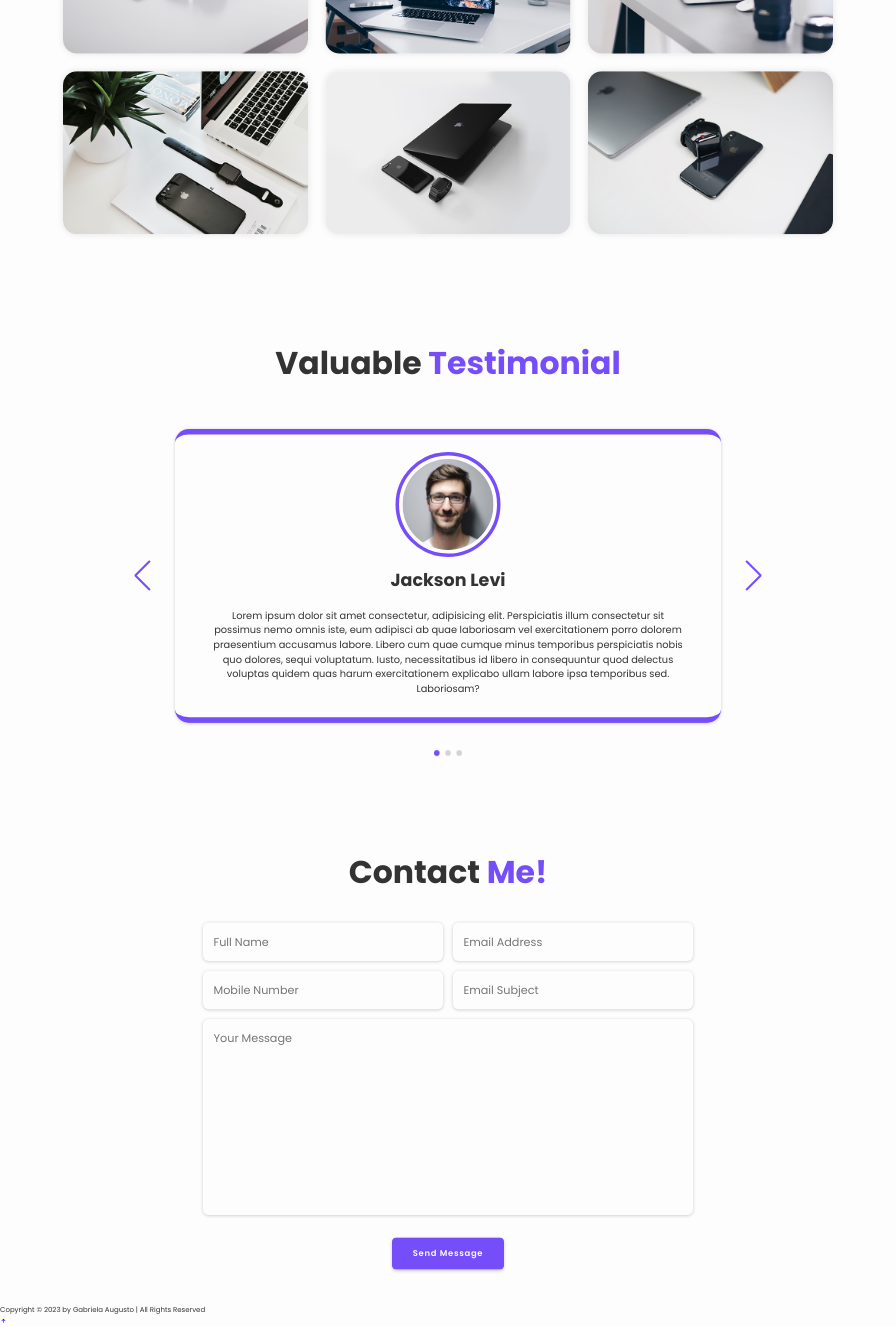
Repository: Gabi-Augusto/Portfolio
Page: index.html
The author's editor kept a copy of each file at every save. The page is drawn from the files as they stood at one save, then again after the next save.
The browser window is 1280 px wide. The pictures show the part of the page from y = 2474 to 4394 px (the page is 4370 px tall before and 4394 px after), at 70% of full size.

Above is the page before, as saved 2023-11-29 21:07:07.

### index.html
<!DOCTYPE html>
<html lang="en">

<head>
    <meta charset="UTF-8">
    <meta http-equiv="X-UA-Compatible" content="IE=edge">
    <meta name="viewport" content="width=device-width, initial-scale=1.0">
    <title>Portfolio Website Design | Gabriela Augusto</title>

    <!-- swiper css -->
    <link rel="stylesheet" href="https://cdn.jsdelivr.net/npm/swiper@9/swiper-bundle.min.css" />

    <!-- box icons -->
    <link href='https://unpkg.com/boxicons@2.1.4/css/boxicons.min.css' rel='stylesheet'>

    <!-- custom css -->
    <link rel="stylesheet" href="css/style.css">
</head>

<body>

    <!-- header design -->
    <header class="header">
        <a href="#" class="logo">Portfolio.</a>

        <nav class="navbar">
            <a href="#home" class="active">Home</a>
            <a href="#about">About</a>
            <a href="#services">Services</a>
            <a href="#portfolio">Portfolio</a>
            <a href="#contact">Contact</a>
        </nav>

        <div class="bx bx-moon" id="darkMode-icon"></div>
    </header>

    <!-- home section design -->
    <section class="home" id="home">
        <div class="home-content">
            <h3>Hello, I am</h3>
            <h1>Gabriela Augusto</h1>
            <p>Lorem ipsum, dolor sit amet consectetur adipisicing elit. Veritatis sequi amet numquam sunt eius quae deleniti dolore voluptatum.</p>

            <div class="social-media">
                <a href="#"><i class='bx bxl-instagram-alt'></i></a>
                <a href="#"><i class='bx bxl-linkedin' ></i></a>
                <a href="#"><i class='bx bxl-github' ></i></a>
            </div>

            <a href="#" class="btn">Download CV</a>
        </div>

        <div class="profession-container">
            <div class="profession-box">
                <div class="profession" style="--i:0;">
                    <i class='bx bx-cloud'></i>
                    <h3>Salesforce Developer</h3>
                </div>
                <div class="profession" style="--i:1;">
                    <i class='bx bx-bulb'></i>
                    <h3>Business Analyst</h3>
                </div>
                <div class="profession" style="--i:2;">
                    <i class='bx bx-palette'></i>
                    <h3>Web Designer</h3>
                </div>
                <div class="profession" style="--i:3;">
                    <i class='bx bx-code-alt' ></i>
                    <h3>FullStack Developer</h3>
                </div>
                <div class="circle"></div>
            </div>
            <div class="overlay"></div>
        </div>
        <div class="home-img">
            <img src="imagens/home.png" alt="">
        </div>
    </section>

    <!-- about section design -->

    <section class="about" id="about">
        <div class="about-img">
            <img src="imagens/about.png" alt="">
        </div>

        <div class="about-content">
            <h2 class="heading">About <span>Me</span></h2>
            <h3>Hi, I'm Here To Help Your Next Project!</h3>
            <p>Lorem ipsum dolor sit, amet consectetur adipisicing elit. Consequatur laudantium reiciendis voluptates maxime optio cumque accusantium sunt temporibus cupiditate! Sed mollitia id doloribus nesciunt odit harum, praesentium aliquid. Soluta, harum est eveniet quos provident veritatis eaque ullam voluptate laudantium deleniti?</p>
            <a href="#" class="btn">Read More</a>
        </div>
    </section>

    <!-- services section design -->

    <section class="services" id="services">
        <h2 class="heading">My <span>Services</span></h2>

        <div class="services-container">
            <div class="services-box">
                <i class='bx bx-code-alt' ></i>
                <h3>Salesforce Development</h3>
                <p>Lorem ipsum dolor sit amet consectetur adipisicing elit. Corrupti quidem blanditiis error dignissimos. Quos eligendi totam quod nesciunt modi harum incidunt accusamus.</p>
                <a href="#" class="btn">Read More</a>
            </div>
            <div class="services-box">
                <i class='bx bxs-paint'></i>
                <h3>Graphic Design</h3>
                <p>Lorem ipsum dolor sit amet consectetur adipisicing elit. Corrupti quidem blanditiis error dignissimos. Quos eligendi totam quod nesciunt modi harum incidunt accusamus.</p>
                <a href="#" class="btn">Read More</a>
            </div>
            <div class="services-box">
                <i class='bx bx-bar-chart-alt'></i>
                <h3>Digital Marketing</h3>
                <p>Lorem ipsum dolor sit amet consectetur adipisicing elit. Corrupti quidem blanditiis error dignissimos. Quos eligendi totam quod nesciunt modi harum incidunt accusamus.</p>
                <a href="#" class="btn">Read More</a>
            </div>
        </div>
    </section>

    <!-- portfolio section design -->

    <section class="portfolio" id="portfolio">
        <h2 class="heading">Latest <span>Project</span></h2>

        <div class="portfolio-container">
            <div class="portfolio-box">
                <img src="imagens/portfolio1.jpg" alt="">

                <div class="portfolio-layer">
                    <h4>Web Desing</h4>
                    <p>Lorem ipsum dolor sit amet consectetur adipisicing elit. Asperiores, ut possimus!</p>
                    <a href="#"><i class='bx bx-link-external' ></i></a>
                </div>
            </div>

            <div class="portfolio-box">
                <img src="imagens/portfolio2.jpg" alt="">

                <div class="portfolio-layer">
                    <h4>Web Desing</h4>
                    <p>Lorem ipsum dolor sit amet consectetur adipisicing elit. Asperiores, ut possimus!</p>
                    <a href="#"><i class='bx bx-link-external' ></i></a>
                </div>
            </div>

            <div class="portfolio-box">
                <img src="imagens/portfolio3.jpg" alt="">

                <div class="portfolio-layer">
                    <h4>Web Desing</h4>
                    <p>Lorem ipsum dolor sit amet consectetur adipisicing elit. Asperiores, ut possimus!</p>
                    <a href="#"><i class='bx bx-link-external' ></i></a>
                </div>
            </div>

            <div class="portfolio-box">
                <img src="imagens/portfolio4.jpg" alt="">

                <div class="portfolio-layer">
                    <h4>Web Desing</h4>
                    <p>Lorem ipsum dolor sit amet consectetur adipisicing elit. Asperiores, ut possimus!</p>
                    <a href="#"><i class='bx bx-link-external' ></i></a>
                </div>
            </div>

            <div class="portfolio-box">
                <img src="imagens/portfolio5.jpg" alt="">

                <div class="portfolio-layer">
                    <h4>Web Desing</h4>
                    <p>Lorem ipsum dolor sit amet consectetur adipisicing elit. Asperiores, ut possimus!</p>
                    <a href="#"><i class='bx bx-link-external' ></i></a>
                </div>
            </div>

            <div class="portfolio-box">
                <img src="imagens/portfolio6.jpg" alt="">

                <div class="portfolio-layer">
                    <h4>Web Desing</h4>
                    <p>Lorem ipsum dolor sit amet consectetur adipisicing elit. Asperiores, ut possimus!</p>
                    <a href="#"><i class='bx bx-link-external' ></i></a>
                </div>
            </div>

        </div>
    </section>

    <!-- testimonial design -->

    <div class="testimonial-container">
        <h2 class="heading">Valuable <span>Testimonial</span></h2>

        <div class="testimonial-wrapper">
            <div class="testimonial-box mySwiper">
                <div class="testimonial-content swiper-wrapper">
                    <div class="testimonial-slide swiper-slide">
                        <img src="imagens/testimonial1.jpg" alt="">
                        <h3>Jackson Levi</h3>
                        <p>Lorem ipsum dolor sit amet consectetur, adipisicing elit. Perspiciatis illum consectetur sit possimus nemo omnis iste, eum adipisci ab quae laboriosam vel exercitationem porro dolorem praesentium accusamus labore. Libero cum quae cumque minus temporibus perspiciatis nobis quo dolores, sequi voluptatum. Iusto, necessitatibus id libero in consequuntur quod delectus voluptas quidem quas harum exercitationem explicabo ullam labore ipsa temporibus sed. Laboriosam?</p>
                    </div>

                    <div class="testimonial-slide swiper-slide">
                        <img src="imagens/testimonial2.jpg" alt="">
                        <h3>Flora Ocean</h3>
                        <p>Lorem ipsum dolor sit amet consectetur, adipisicing elit. Perspiciatis illum consectetur sit possimus nemo omnis iste, eum adipisci ab quae laboriosam vel exercitationem porro dolorem praesentium accusamus labore. Libero cum quae cumque minus temporibus perspiciatis nobis quo dolores, sequi voluptatum. Iusto, necessitatibus id libero in consequuntur quod delectus voluptas quidem quas harum exercitationem explicabo ullam labore ipsa temporibus sed. Laboriosam?</p>
                    </div>

                    <div class="testimonial-slide swiper-slide">
                        <img src="imagens/testimonial3.jpg" alt="">
                        <h3>Julian Grayson</h3>
                        <p>Lorem ipsum dolor sit amet consectetur, adipisicing elit. Perspiciatis illum consectetur sit possimus nemo omnis iste, eum adipisci ab quae laboriosam vel exercitationem porro dolorem praesentium accusamus labore. Libero cum quae cumque minus temporibus perspiciatis nobis quo dolores, sequi voluptatum. Iusto, necessitatibus id libero in consequuntur quod delectus voluptas quidem quas harum exercitationem explicabo ullam labore ipsa temporibus sed. Laboriosam?</p>
                    </div>
                </div>

                <div class="swiper-button-next"></div>
                <div class="swiper-button-prev"></div>
                <div class="swiper-pagination"></div>

            </div>
        </div>
    </div>

    <!-- contact section design -->

    <section class="contact" id="contact">
        <h2 class="heading">Contact <span>Me!</span></h2>

        <form action="#">

            <div class="input-box">
                <input type="text" placeholder="Full Name">
                <input type="email" placeholder="Email Address">
            </div>

            <div class="input-box">
                <input type="number" placeholder="Mobile Number">
                <input type="text" placeholder="Email Subject">
            </div>
            <textarea name="" id="" cols="30" rows="10" placeholder="Your Message"></textarea>
            <input type="submit" value="Send Message" class="btn">
        </form>
    </section>

    <!-- footer design -->

    <footer class="footer">
        <div class="footer-text">
            <p>Copyright &copy; 2023 by Gabriela Augusto | All Rights Reserved</p>
        </div>

        <div class="footer-iconTop">
            <a href="#home"><i class='bx bx-up-arrow-alt' ></i></a>
        </div>
    </footer>


    <!-- scroll reveal -->
    <script src="https://unpkg.com/scrollreveal"></script>

    <!-- swiper js -->
    <script src="https://cdn.jsdelivr.net/npm/swiper@9/swiper-bundle.min.js"></script>

    <!-- custom js -->
    <script src="js/script.js"></script>
</body>

</html>

### css/style.css
@import url('https://fonts.googleapis.com/css2?family=Poppins:wght@300;400;500;600;700;800;900&display=swap');

* {
    margin: 0;
    padding: 0;
    box-sizing: border-box;
    text-decoration: none;
    border: none;
    outline: none;
    scroll-behavior: smooth;
    font-family: 'Poppins', sans-serif;
}

:root {
    --bg-color: #fdfdfd;
    --text-color: #333;
    --main-color: #754ef9;
    --white-color: #fdfdfd;
    --shadow-color: rgba(0, 0, 0, .2);
}

html {
    font-size: 62.5%;
    overflow-x: hidden;
}

body {
    background: var(--bg-color);
    color: var(--text-color);
}

.header {
    position: fixed;
    top: 0;
    left: 0;
    width: 100%;
    padding: 2rem 7%;
    background: transparent;
    display: flex;
    align-items: center;
    z-index: 100;
    transition: .5s;
}

.header.sticky {
    background: var(--bg-color);
    box-shadow: 0 .1rem 1rem var(--shadow-color);
}

.logo {
    font-size: 2.5rem;
    color: var(--main-color);
    font-weight: 600;
    cursor: default;
    margin-right: auto;
}

.navbar a {
    position: relative;
    font-size: 1.7rem;
    color: var(--white-color);
    font-weight: 500;
    margin-right: 3.5rem;
}

.header.sticky .navbar a {
    color: var(--text-color);
}

.header.sticky .navbar a.active {
    color: var(--main-color);
}

.navbar a.active::before{
    content: '';
    position: absolute;
    left: 0;
    bottom: -6px;
    width: 100%;
    height: .2rem;
    background: var(--white-color);
}

.header.sticky .navbar a::before {
    background: var(--main-color);
    opacity: .7;
}

#darkMode-icon {
    font-size: 2.4rem;
    color: var(--white-color);
    cursor: pointer;
}

.header.sticky #darkMode-icon{
    color: var(--text-color);
    opacity: .9;
}

section {
    min-height: 100vh;
    padding: 7rem 7% 2rem;
}

.home {
    display: flex;
    align-items: center;
}

.home .home-content {
    max-width: 44rem;
}

.home-content h3 {
    font-size: 3.2rem;
    font-weight: 700;
    line-height: .3;
}

.home-content h1 {
    font-size: 4.8rem;
    font-weight: 700;
    margin-bottom: .3rem;
}

.home-content p {
    font-size: 1.6rem;
}

.home-content .social-media a {
    display: inline-flex;
    justify-content: center;
    align-items: center;
    width: 4rem;
    height: 4rem;
    background: transparent;
    border: .2rem solid var(--main-color);
    border-radius: 50%;
    box-shadow: 0 .2rem .5rem  var(--shadow-color);
    font-size: 2rem;
    color: var(--main-color);
    margin: 2.5rem 1.5rem 3rem 0;
    transition: .5s ease;
}

.home-content .social-media a:hover {
    background: var(--main-color);
    color: var(--white-color);
}

.btn {
    display: inline-block;
    padding: 1.2rem 2.8rem;
    background: var(--main-color);
    border-radius: .6rem;
    box-shadow: 0 .2rem .5rem var(--shadow-color);
    font-size: 1.2rem;
    color: var(--white-color);
    letter-spacing: .1rem;
    font-weight: 600;
    border: .2rem solid transparent;
    transition: .5s ease;
}

.btn:hover {
    background: transparent;
    color: var(--main-color);
    border-color: var(--main-color);
}

.home .profession-container {
    position: absolute;
    top: 48%;
    right: 30px;
    transform: translateY(-50%);
    width: 680px;
    height: 680px;
    overflow: hidden;
    pointer-events: none;
}

.home .profession-container .profession-box {
    position: absolute;
    top: 0;
    right: 0;
    width: 680px;
    height: 680px;
    border-radius: 50%;
    display: flex;
    justify-content: center;
    align-items: center;
}

.home .profession-box .profession {
    position: absolute;
    left: 0;
    display: flex;
    align-items: center;
    flex-direction: column;
    color: var(--main-color);
    transform: rotate(calc(360deg / 4 * var(--i)));
    transform-origin: 340px;
    background: var(--bg-color);
    padding: 13px 0;
}

.home .profession-box .profession:nth-child(1) i {
    margin-right: 15px;
}

.home .profession-box .profession:nth-child(2),
.home .profession-box .profession:nth-child(4) {
    padding-bottom: 20px;
}

.home .profession i {
    font-size: 3.8rem;
}

.home .profession h3 {
    font-size: 2.4rem;
    line-height: 1;
    font-weight: 600;
}

.home .profession-box .circle {
    width: 520px;
    height: 520px;
    border: 3px solid var(--main-color);
    border-radius: 50%;
}

.home .profession-container .overlay {
    position: absolute;
    top: 0;
    right: 0;
    width: 0;
    height: 0;
    border-top: 340px solid var(--main-color);
    border-right: 340px solid var(--main-color);
    border-bottom: 340px solid var(--main-color);
    border-left: 340px solid transparent;
}

.home-img img {
    position: absolute;
    bottom: 0;
    top: 83px;
    right: 70px;
    width: 29%;
    pointer-events: none;
}

span {
    color: var(--main-color);
}

.about {
    display: flex;
    justify-content: center;
    align-items: center;
    gap: 6rem;
}

.about-img img {
    width: 40vw;
}

.heading {
    font-size: 4.5rem;
    text-align: center;
}

.about-content h2 {
    text-align: left;
    line-height: 1.2;
}

.about-content h3 {
    font-size: 2rem;
}

.about-content p {
    font-size: 1.6rem;
    margin: 2rem 0 3rem;
}

.services {
    min-height: auto;
    padding-bottom: 7rem;
}

.services h2 {
    margin-bottom: 5rem;
}

.services .services-container {
    display: flex;
    justify-content: center;
    align-items: center;
    flex-wrap: wrap;
    gap: 2rem;
}

.services-container .services-box {
    flex: 1 1 30rem;
    background: var(--bg-color);
    padding: 3rem 2rem 4rem;
    border-radius: 2rem;
    box-shadow: 0 .1rem .5rem var(--shadow-color);
    text-align: center;
    border-top: .6rem solid var(--main-color);
    border-bottom: .6rem solid var(--main-color);
    transition: .5s ease;
}

.services-container .services-box:hover {
    box-shadow: 0 .1rem 2rem var(--shadow-color);
    transform: scale(1.02);
}

.services-box i {
    font-size: 7rem;
    color: var(--main-color);
}

.services-box h3 {
    font-size: 2.6rem;
    transition: .5s ease;
}

.services-box:hover h3 {
    color: var(--main-color);
}

.services-box p {
    font-size: 1.6rem;
    margin: 1rem 0 3rem;
}

.portfolio {
    padding-bottom: 10rem;
}

.portfolio h2 {
    margin-bottom: 4rem;
}

.portfolio .portfolio-container {
    display: grid;
    grid-template-columns: repeat(3, 1fr);
    align-items: center;
    gap: 2.5rem;
}

.portfolio-container .portfolio-box{
    position: relative;
    display: flex;
    border-radius: 2rem;
    box-shadow: 0 0 1rem rgba(0, 0, 0, .1);
    overflow: hidden;
}

.portfolio-box img {
    width: 100%;
    transition: .5s ease;
}

.portfolio-box:hover img {
    transform: scale(1.1);
}

.portfolio-box .portfolio-layer {
    position: absolute;
    bottom: 0;
    left: 0;
    width: 100%;
    height: 100%;
    background: linear-gradient(rgba(0, 0, 0, .1), var(--main-color));
    color: var(--white-color);
    display: flex;
    justify-content: center;
    align-items: center;
    flex-direction: column;
    text-align: center;
    padding: 0 4rem;
    opacity: 0;
    transition: .5s ease;
}

.portfolio-box:hover .portfolio-layer {
    opacity: 1;
}

.portfolio-layer h4 {
    font-size: 3rem;
}

.portfolio-layer p {
    font-size: 1.6rem;
    margin: .3rem 0 1rem;
}

.portfolio-layer a {
    display: inline-flex;
    justify-content: center;
    align-items: center;
    width: 5rem;
    height: 5rem;
    background: var(--white-color);
    border-radius: 50%;
}

.portfolio-layer a i {
    font-size: 2rem;
    color: #333;
}

.testimonial-container {
    display: flex;
    align-items: center;
    flex-direction: column;
    width: 100%;
    padding: 5rem 1rem;
}

.testimonial-container .testimonial-wrapper {
    position: relative;
    max-width: 90rem;
    width: 100%;
    padding: 5rem;
}

.testimonial-wrapper .testimonial-box {
    padding: 1rem;
    border-radius: 2rem;
    overflow: hidden;
}

.testimonial-content .testimonial-slide {
    display: flex;
    align-items: center;
    flex-direction: column;
    background: var(--bg-color);
    border-radius: 2rem;
    box-shadow: 0 .1rem .5rem var(--shadow-color);
    padding: 3rem 5rem;
    border-top: .8rem solid var(--main-color);
    border-bottom: .8rem solid var(--main-color);
}

.testimonial-slide img {
    width: 14rem;
    height: 14rem;
    object-fit: cover;
    border-radius: 50%;
    border: .5rem solid var(--bg-color);
    outline: .5rem solid var(--main-color);
}

.testimonial-slide h3 {
    font-size: 2.5rem;
    margin: 2rem 0;
}

.testimonial-slide p {
    font-size: 1.4rem;
    text-align: center;
}

.testimonial-box .swiper-button-next,
.testimonial-box .swiper-button-prev {
    color: var(--main-color);
}

.testimonial-box .swiper-button-next {
    right: 0;
}

.testimonial-box .swiper-button-prev {
    left: 0;
}

.testimonial-box .swiper-pagination-bullet {
    background: rgba(0, 0, 0, .8);
}

.testimonial-box .swiper-pagination-bullet-active {
    background: var(--main-color);
}

.contact h2 {
    margin-bottom: 3rem;
}

.contact form {
    max-width: 70rem;
    margin: 1rem auto;
    text-align: center;
    margin-bottom: 3rem;
}

.contact form .input-box {
    display: flex;
    justify-content: space-between;
    flex-wrap: wrap;
}

.contact form .input-box input,
.contact form textarea {
    width: 100%;
    padding: 1.5rem;
    font-size: 1.6rem;
    color: var(--text-color);
    background: var(--bg-color);
    border-radius: .8rem;
    margin: .7rem 0;
    box-shadow: 0 .1rem .5rem var(--shadow-color);
}

.contact form .input-box input {
    width: 49%;
}

.contact form textarea {
    resize: none;
}

.contact form .btn {
    margin-top: 2rem;
    cursor: pointer;
}

### js/script.js
/*========== menu icon navbar ==========*/
let menuIcon = document.querySelector('#menu-icon');
let navbar = document.querySelector('.navbar');


/*========== scroll sections active link ==========*/
let sections = document.querySelectorAll('section');
let navLinks = document.querySelectorAll('header nav a');

window.onscroll = () => {
    /*========== sticky navbar ==========*/
    let header = document.querySelector('.header');

    header.classList.toggle('sticky', window.scrollY > 100);
    /*========== remove menu icon navbar when click navbar link (scroll) ==========*/
};


/*========== swiper ==========*/

var swiper = new Swiper(".mySwiper", {
    slidesPerView: 1,
    spaceBetween: 50,
    loop: true,
    grabCursor: true,
    pagination: {
      el: ".swiper-pagination",
      clickable: true,
    },
    navigation: {
      nextEl: ".swiper-button-next",
      prevEl: ".swiper-button-prev",
    },
  });


/*========== dark light mode ==========*/

/*========== scroll reveal ==========*/

After the next save:
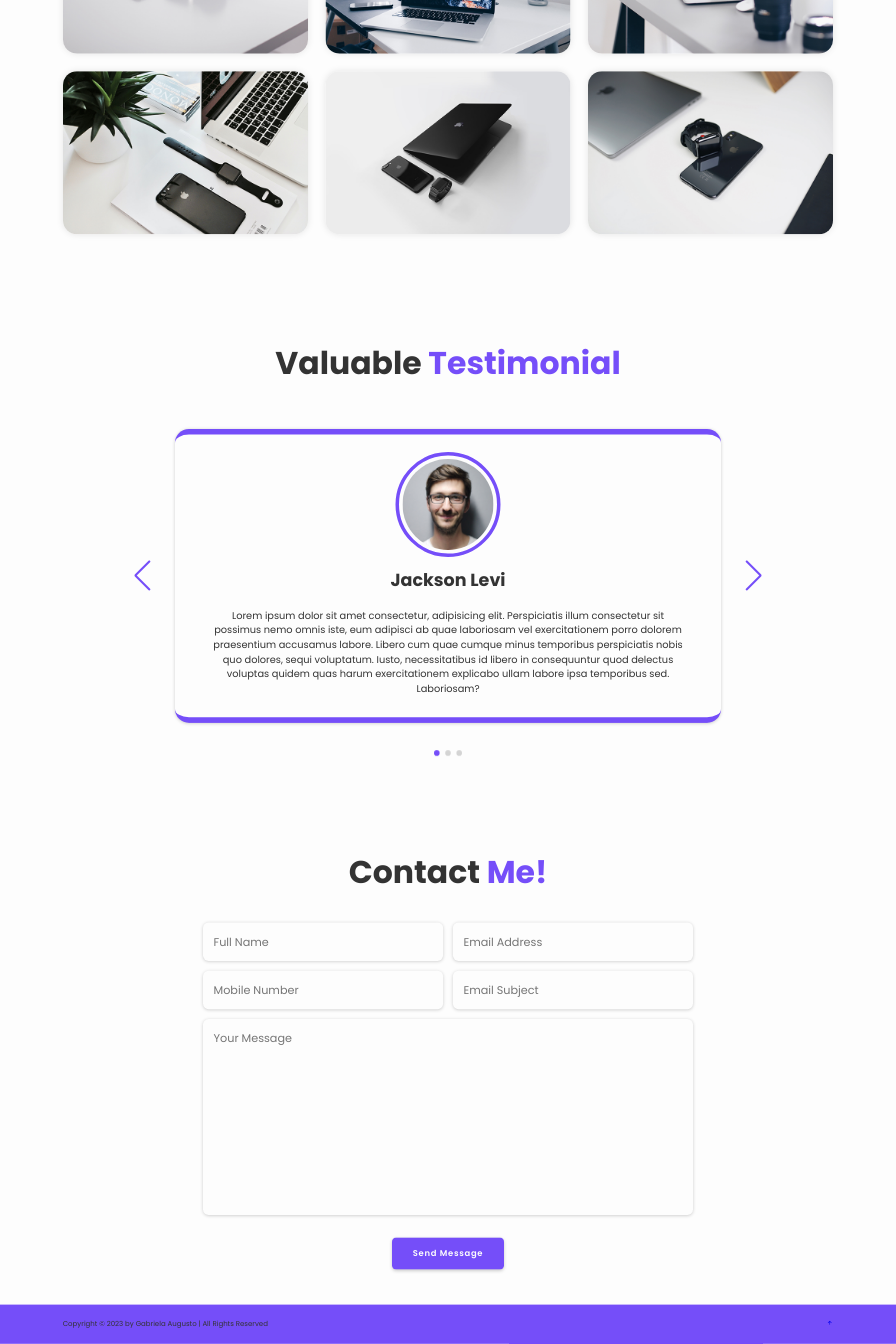
Saved 119 s later.
--- a/css/style.css
+++ b/css/style.css
@@ -530,3 +530,12 @@ span {
     margin-top: 2rem;
     cursor: pointer;
 }
+
+.footer {
+    display: flex;
+    justify-content: space-between;
+    align-items: center;
+    flex-wrap: wrap;
+    padding: 2rem 7%;
+    background: var(--main-color);
+}
